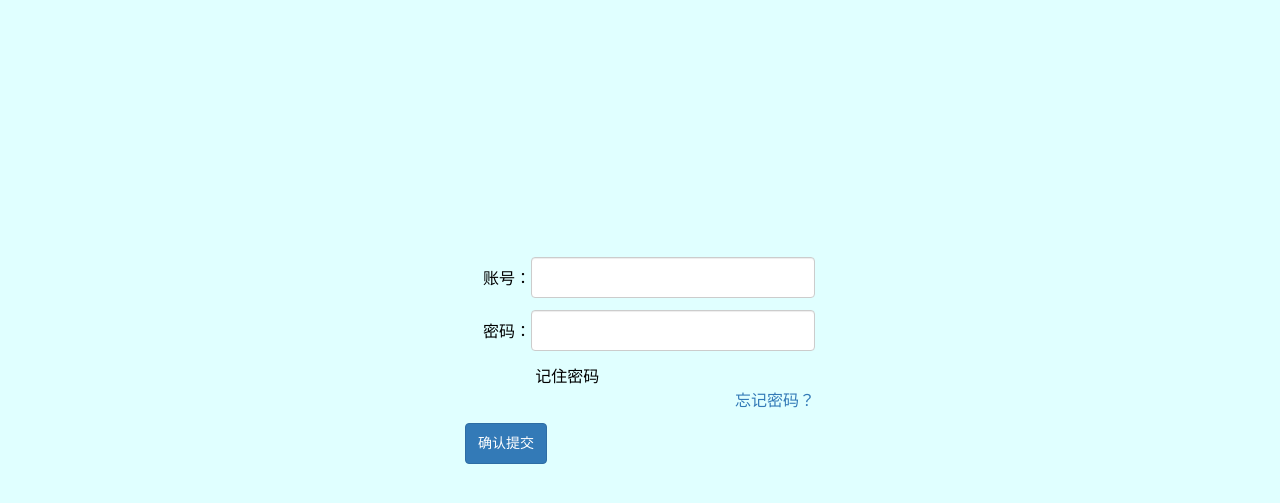
Repository: DeeFromChina/wechat
Page: http://localhost/wechat/jsp/login/login.jsp
An editor plug-in stored every save of this project. The page is shown before and after the next save, followed by the edit.
The browser window is 1280 px wide. The pictures show the whole page.
The page is served by Tomcat 9. Other server files are loaded and not shown.

Above is the page before, as saved 2018-02-12 08:06:33.

### wechat/web/jsp/login/login.jsp
<%@ page language="java" import="java.util.*" pageEncoding="UTF-8"%>

<!DOCTYPE HTML PUBLIC "-//W3C//DTD HTML 4.01 Transitional//EN">
<html>
<head>
<%@include file="../common/common.jsp"%>
<title></title>
<meta name="viewport" content="width=device-width, initial-scale=1" />
<link rel="stylesheet" href="<%=baseCss %>login/login.css?randomId=<%=Math.random()%>" type="text/css"/>
</head>
<script src="<%=baseJs %>web-frame/jquery.cookie.js?randomId=<%=Math.random()%>"></script>
<script src="<%=baseJs %>login/login.js?randomId=<%=Math.random()%>"></script>
<body bgcolor="#E0FFFF">
	<form id="dataForm">
		<table class="login-top">
			<col class="wi25"/>
			<col class="wi75"/>
			<tr>
				<td class="textR">
					<font class="font-14">账号：</font>
				</td>
				<td class="wi75">
					<input type="text" id="name" name="name" class="form-control" onkeydown="enter(event)">
				</td>
			</tr>
			<tr>
				<td class="textR">
					<font class="font-14">密码：</font>
				</td>
				<td>
					<input type="password" id="password" name="password" class="form-control" onkeydown="enter(event)">
				</td>
			</tr>
			<tr>
				<td/>
				<td>
					<div class="wi50 floatL">
						<input type="hidden" id="remeberId" value="1" />
						<img id="remeber" class="remeberImg" onclick="changeRemeber()" />
						<font class="font-14 color9A9A9A">记住密码</font>
					</div>
					<div class="wi50 floatL textR">
						<a onclick="" class="font-14 color00B38A hand">
							忘记密码？
						</a>
					</div>
				</td>
			</tr>
			<tr>
				<td colspan="2">
					<button type="button" class="btn btn-primary submitBtn" onclick="goSubmit()">
						确认提交
					</button>
				</td>
			</tr>
		</table>
	</form>
</body>
</html>

### wechat/web/jsp/common/common.jsp
<%@ page language="java" import="java.util.*" pageEncoding="UTF-8"%>
<%
response.setHeader("Cache-Control","no-store");
response.setHeader("Pragrma","no-cache");
response.setDateHeader("Expires",0);
String basePath = request.getContextPath();
String baseJs = request.getContextPath() + "/js/";
String baseCss = request.getContextPath() + "/css/";
String baseJsp = request.getContextPath() + "/jsp/";
String baseImg = request.getContextPath() + "/img/";
%>
<!DOCTYPE HTML PUBLIC "-//W3C//DTD HTML 4.01 Transitional//EN">
<html>
<head>
<title>wechat</title>
<meta http-equiv="expires" content="0">
<meta http-equiv="keywords" content="keyword1,keyword2,keyword3">
<meta http-equiv="description" content="This is my page">
<meta http-equiv="Pragma" content="no-cache">
<meta http-equiv="Cache-control" content="no-cache">
<meta http-equiv="Cache" content="no-cache">
<link href="<%=baseCss %>web-frame/bootstrap.min.css?randomId=<%=Math.random()%>" rel="stylesheet">
<link href="<%=baseCss %>web-frame/base.css?randomId=<%=Math.random()%>" rel="stylesheet">
<link href="<%=baseCss %>web-frame/bootstrap-datetimepicker.min.css?randomId=<%=Math.random()%>" rel="stylesheet" />
<link href="<%=baseCss %>common/common.css?randomId=<%=Math.random()%>" type="text/css"/>
</head>
<script src="<%=baseJs %>web-frame/jquery-3.1.1.min.js?randomId=<%=Math.random()%>" type="text/javascript"></script>
<script src="<%=baseJs %>web-frame/jquery-ui.min.js?randomId=<%=Math.random()%>"></script>
<script src="<%=baseJs %>web-frame/bootstrap.js?randomId=<%=Math.random()%>"></script>
<script src="<%=baseJs %>web-frame/bootstrap-datetimepicker.js?randomId=<%=Math.random()%>" type="text/javascript"></script>
<script src="<%=baseJs %>web-frame/bootstrap-datetimepicker.zh-CN.js?randomId=<%=Math.random()%>" type="text/javascript"></script>
<script src="<%=baseJs %>web-frame/ajaxfileupload.js?randomId=<%=Math.random()%>" type="text/javascript"></script>
<script src="<%=baseJs %>common/form.js?randomId=<%=Math.random()%>" type="text/javascript"></script>
<script src="<%=baseJs %>common/page.js?randomId=<%=Math.random()%>" type="text/javascript"></script>
<script src="<%=baseJs %>common/dictionaries.js?randomId=<%=Math.random()%>" type="text/javascript"></script>
<script src="<%=baseJs %>common/ajaxSubmit.js?randomId=<%=Math.random()%>" type="text/javascript"></script>
<script src="<%=baseJs %>common/common.js?randomId=<%=Math.random()%>" type="text/javascript"></script>
<script src="<%=baseJs %>common/checkUtil.js?randomId=<%=Math.random()%>" type="text/javascript"></script>
<script src="<%=baseJs %>common/VCode.js?randomId=<%=Math.random()%>" type="text/javascript"></script>
<script src="<%=baseJs %>common/checkbox.js?randomId=<%=Math.random()%>" type="text/javascript"></script>
<script language="javascript">
</script>
<body>
<input type="button" id="closeListenerBtn" class="hide" onclick="closedialog()"/>
</body>
</html>

### wechat/web/css/web-frame/base.css
input:focus{
	-webkit-transition:border linear .2s,-webkit-box-shadow linear .5s;
	border:1px #CCCCCC solid;
	-webkit-box-shadow:0 0 0px rgba(255,255,255);
	outline:none;
}
button{
	height:41px;
}
button:focus{
	outline:none;
}
.btn-primary:hover{
	-webkit-box-shadow:0 0 0px rgba(255,255,255);
	border:1px #00B389 solid;
}
.textL {
	align: left;
	text-align: left;
}

.textR {
	align: right;
	text-align: right;
}

.textC {
	align: center;
	text-align: center;
}

.triangle-up {
	width: 0;
	height: 0;
	border-left: 5px solid transparent;
	border-right: 5px solid transparent;
	border-bottom: 10px solid #00B38A;
}
.triangle-down {
	width: 0;
	height: 0;
	border-left: 5px solid transparent;
	border-right: 5px solid transparent;
	border-top: 10px solid #FFF;
}
.triangle-left {
	width: 0;
	height: 0;
	border-top: 5px solid transparent;
	border-bottom: 5px solid transparent;
	border-right: 10px solid #00B38A;
}
.circleA {
    width: 15px;
    height: 15px;
    background: #00B38A;
    -moz-border-radius: 5px;
    -webkit-border-radius: 5px;
    border-radius: 10px;
}
.circleB {
    width: 15px;
    height: 15px;
    -moz-border-radius: 5px;
    -webkit-border-radius: 5px;
    border-radius: 10px;
    border:1px #999999 solid;
}
.top-button{
	height:59px !important;
	width:100px;
	line-height:50px;
	text-align:center;
	color:#FFF !important;
	background-color:#000 !important;
}

### wechat/web/js/common/form.js
var form = function(param){
	this.value = param.value;
	this.id    = param.id;

	f = this;

	this.sys = function(){
		alert(this.value);
	}
}

### wechat/web/js/common/page.js
/**
 *
 * 1使用攻略
 *
 * */
var pages = {
		"imgPath":"/hibernateMvc/img/",
		1:"login/use_strategy.jsp",
		2:"user_question.jsp",
		3:"firm_strategy.jsp",
		4:"mainfirm_question.jsp",
		5:"maincontact_assistant.jsp",
		6:"login/loginPC.jsp",
		7:"login/registerPC.jsp"
	};

### wechat/web/js/common/dictionaries.js
var urlPrefix = window.location.origin;
var projectName = "/hibernateMvc/";
var jspPath = urlPrefix+projectName+"autojsp/";
var rootPath = urlPrefix+projectName;
var doc = document;
var map = {};

var companyNature = "["
				+"{\"id\":\"1\",\"value\":\"创业公司\"},"
				+"{\"id\":\"2\",\"value\":\"上市企业\"},"
				+"{\"id\":\"3\",\"value\":\"国营企业\"},"
				+"{\"id\":\"4\",\"value\":\"外资企业\"},"
				+"{\"id\":\"5\",\"value\":\"政府机构\"}"
				+"]";
var companyScale = "["
				+"{\"id\":\"1\",\"value\":\"少于50人\"},"
				+"{\"id\":\"2\",\"value\":\"50-100人\"},"
				+"{\"id\":\"3\",\"value\":\"100-500人\"},"
				+"{\"id\":\"4\",\"value\":\"500-1000人\"},"
				+"{\"id\":\"5\",\"value\":\"1000人以上\"}"
				+"]";
var education = "["
				+"{\"id\":\"1\",\"value\":\"博士\"},"
				+"{\"id\":\"2\",\"value\":\"硕士\"},"
				+"{\"id\":\"3\",\"value\":\"研究生\"},"
				+"{\"id\":\"4\",\"value\":\"本科\"},"
				+"{\"id\":\"5\",\"value\":\"专科\"},"
				+"{\"id\":\"6\",\"value\":\"高中\"},"
				+"{\"id\":\"7\",\"value\":\"其他\"}"
				+"]";
var workTime = "["
				+"{\"id\":\"2\",\"value\":\"3年以下\"},"
				+"{\"id\":\"3\",\"value\":\"3年\"},"
				+"{\"id\":\"4\",\"value\":\"4年\"},"
				+"{\"id\":\"5\",\"value\":\"5年\"},"
				+"{\"id\":\"6\",\"value\":\"6年\"},"
				+"{\"id\":\"7\",\"value\":\"7年\"},"
				+"{\"id\":\"8\",\"value\":\"8年\"},"
				+"{\"id\":\"9\",\"value\":\"9年\"},"
				+"{\"id\":\"10\",\"value\":\"10年\"},"
				+"{\"id\":\"11\",\"value\":\"10年以上\"}"
				+"]";
var currency = "["
				+"{\"id\":\"1\",\"value\":\"人民币\"},"
				+"{\"id\":\"2\",\"value\":\"港币\"},"
				+"{\"id\":\"3\",\"value\":\"新台币\"},"
				+"{\"id\":\"4\",\"value\":\"美金\"}"
				+"]";

### wechat/web/js/common/ajaxSubmit.js
$.fn.serializeObject = function() {
	var data = {};
	var a = this.serializeArray();
	$.each(a, function() {
		if (data[this.name]) {
			if (!data[this.name].push) {
				data[this.name] = [ data[this.name] ];
			}
			data[this.name].push(this.value || '');
		} else {
			data[this.name] = this.value || '';
		}
	});
	dataForm = data;
	return data;
}

$.fn.populateForm = function(data){
    return this.each(function(){
        var formElem, name;
        if(data == null){this.reset(); return; }
        for(var i = 0; i < this.length; i++){
            formElem = this.elements[i];
            //checkbox的name可能是name[]数组形式
            name = (formElem.type == "checkbox")? formElem.name.replace(/(.+)\[\]$/, "$1") : formElem.name;
            if(data[name] == undefined) continue;
            switch(formElem.type){
                case "checkbox":
                    if(data[name] == ""){
                        formElem.checked = false;
                    }else{
                        //数组查找元素
                        if(data[name].indexOf(formElem.value) > -1){
                            formElem.checked = true;
                        }else{
                            formElem.checked = false;
                        }
                    }
                break;
                case "radio":
                    if(data[name] == ""){
                        formElem.checked = false;
                    }else if(formElem.value == data[name]){
                        formElem.checked = true;
                    }
                break;
                case "button": break;
                default: formElem.value = data[name];
            }
        }
    });
};

function ajaxSumbit(urllink, formId, index) {
	var link = projectName + urllink;
	var formIndex = "";
	if(formId != undefined && formId != ""){
		formIndex = "#" + formId;
	}
	var dataResult;
	$.ajax({
		url : link, // 自行按需配置好完整的url，包括ip和端口号
		type : "POST",
		datatype : "text",
		data : JSON.stringify($(formIndex).serializeObject()),
		contentType : "application/json",
		async:false,
		error: function(request) {
            alert("Connection error");
        },
        success: function(result) {
        	console.log(link);
        	console.log(result);
        	returnSuccess(link,formId,index,result);
        }
	});
}
function fileUpload(urllink, formId, files, index) {
	var obj = $("#"+formId).serializeObject();
	var str = "";
	for(var o in obj){
		str += "&"+o+"="+obj[o];
	}
	var link = projectName + urllink + str;
	var dataResult;
    $.ajaxFileUpload( {
        url : link,     //用于文件上传的服务器端请求地址
        secureuri : false,            //一般设置为false
        fileElementId : files,        //文件上传的id属性  <input type="file" id="file" name="file" />
        dataType : 'json',            //返回值类型 一般设置为json
        type : 'POST',
        error: function(result) {
            alert("Connection error");
        },
        success : function(result) {
        	console.log(link);
        	console.log(result);
        	returnSuccess(link,formId,index,result);
        }
    });
}
function returnSuccess(link,formId,index,result){
	if(result == undefined){
		alert("数据错误！");
	}
	if(result == 'unlogin'){
		alert("请重新登陆！");
		top.location.href = rootPath+"index.jsp";
	}
	if(result.msg != undefined){
		alert(result.msg);
		dataResult = undefined;
		return;
	}
	if(result.status == '1'){
		alert("数据错误！");
	}
	if(result.status == '2'){
		if(result.data[2].toString() != ''){
			alert(result.data[2]);
		}
		map["param"] = result.data[1];
		parent.$('#mainFrame').attr("src",jspPath+result.data[0]);
	}
	if(result.status == '3'){
		if(result.data[2].toString() != ''){
			alert(result.data[2]);
		}
		map["param"] = result.data[1];
		top.location.href = jspPath+result.data[0];
	}
	dataResult = result.data;
	if(dataResult == 'normal'){
		dataResult = undefined;
		return;
	}
	if(index != undefined){
		goSuccess(dataResult, index);
	}
}

### wechat/web/js/common/checkUtil.js
function checkValidateCode(checkInputId){
	if($("#"+checkInputId).val() == undefined || $("#"+checkInputId).val() == ""){
		alert("请输入验证码!");
		return false;
	}
	var isPass = validateCode.verify($("#"+checkInputId).val());
	if(!isPass){
		validateCode.update();
		alert("验证码错误，请重新输入!");
		return false;
	}
	return true;
}

function isEmpty(val,name,isEmpty){
	if(!isEmpty){
		if(val == ''){
			alert("请输入"+name);
			return false;
		}
	}
	return true;
}

/*用于校验对象是否为空，空就返回空字符串*/
function returnString(obj){
	return obj == undefined ? "" : obj;
}
function isNull(obj){
	if(obj != undefined && obj != null && obj != ""){
		return false;
	}
	return true;
}

function checkInput(val,name,len,isNull){
	if(!isEmpty(val,name,isNull)) return false;
	if(val.length > len){
		alert(name+"长度过长");
		return false;
	}
	return true;
}

function isEmail(val,name,isNull){
	if(!isEmpty(val,name,isNull)) return false;

	if(val != '') {
		var reg=/^([a-zA-Z0-9_-])+@([a-zA-Z0-9_-])+((\.[a-zA-Z0-9_-]{2,3}){1,2})$/;
		if(!reg.test(val)){
			alert("输入电子邮件格式不正确!");
			return false;
		}
	}
	return true;
}

function checkpsw(val,name,slen,blen,isNull){
	if(!isEmpty(val,name,isNull)) return false;
	if(val.length > slen || val.length < blen){
		alert(name+"长度要在"+slen+"~"+blen+"之间");
		return false;
	}
	return true;
}

function checkNum(val,name,len,isNull){
	if(!isEmpty(val,name,isNull)) return false;
	if(val != ''){
		if(isNaN(val)){
			alert(name+"不是数字形式！");
			return false;
		}
	}
	if(val.length > len){
		alert(name+"长度过长");
		return false;
	}
	return true;
}
/*判断是否数字,不允许数字以外的字符输入,配合onkeydown使用(noNumbers(event))*/
function noNumbers(e){
	var keynum;
	var keychar;
	var numcheck;

	 // IE
	if(window.event){
		keynum = e.keyCode
	}
	else if(e.which){ // Netscape/Firefox/Opera
		keynum = e.which
	}
	keychar = String.fromCharCode(keynum);
	numcheck = /\d/;
	return !numcheck.test(keychar);
}
function checkFile(elementId,type){
	var filepath = $('#'+elementId).val().split(".");
	var pressless = "";
	var msg = "";
	pressless = filepath[filepath.length-1];
	if(pressless == undefined){
		msg = "请上传正确格式的文件!";
	}else if(type == "photo"){
		if(pressless != 'jpg' && pressless != 'png' && pressless != 'gif'){
			msg = "请上传图片类型文件！";
		}
	}
	if(msg != ""){
		$('#'+elementId).val("");
		alert(msg);
		return false;
	}else{
		return true;
	}
}
function BrowserType(){
    var userAgent = navigator.userAgent; //取得浏览器的userAgent字符串
    var isOpera = userAgent.indexOf("Opera") > -1; //判断是否Opera浏览器
    var isIE = userAgent.indexOf("compatible") > -1 && userAgent.indexOf("MSIE") > -1 && !isOpera; //判断是否IE浏览器
    var isEdge = userAgent.indexOf("Windows NT 6.1; Trident/7.0;") > -1 && !isIE; //判断是否IE的Edge浏览器
    var isFF = userAgent.indexOf("Firefox") > -1; //判断是否Firefox浏览器
    var isSafari = userAgent.indexOf("Safari") > -1 && userAgent.indexOf("Chrome") == -1; //判断是否Safari浏览器
    var isChrome = userAgent.indexOf("Chrome") > -1 && userAgent.indexOf("Safari") > -1; //判断Chrome浏览器

	if (isIE){
		var reIE = new RegExp("MSIE (\\d+\\.\\d+);");
		reIE.test(userAgent);
		var fIEVersion = parseFloat(RegExp["$1"]);
		if(fIEVersion == 7)  { return "IE7";}
		else if(fIEVersion == 8)  { return "IE8";}
		else if(fIEVersion == 9)  { return "IE9";}
		else if(fIEVersion == 10) { return "IE10";}
		else if(fIEVersion == 11) { return "IE11";}
		else { return "0"}//IE版本过低
	}//isIE end

    if (isFF) {  return "FF";}
    if (isOpera) {  return "Opera";}
    if (isSafari) {  return "Safari";}
    if (isChrome) { return "Chrome";}
    if (isEdge) { return "Edge";}
 }

### wechat/web/js/common/VCode.js
function createValidateCode(codeName){
    var container = document.getElementById(codeName);
    var code = new vCode(container, {
        len: 4,
        bgColor: "#444444",
        colors: [
            "#DDDDDD",
            "#DDFF77",
            "#77DDFF",
            "#99BBFF",
            //"#7700BB",
            "#EEEE00"
        ]
    });
    return code;
}
(function(){
var randstr = function(length){
var key = {

    str : [
        'a','b','c','d','e','f','g','h','i','j','k','l','m',
        'o','p','q','r','s','t','x','u','v','y','z','w','n',
        '0','1','2','3','4','5','6','7','8','9'
    ],

    randint : function(n,m){
        var c = m-n+1;
        var num = Math.random() * c + n;
        return  Math.floor(num);
    },

    randStr : function(){
        var _this = this;
        var leng = _this.str.length - 1;
        var randkey = _this.randint(0, leng);
        return _this.str[randkey];
    },

    create : function(len){
        var _this = this;
        var l = len || 10;
        var str = '';

        for(var i = 0 ; i<l ; i++){
            str += _this.randStr();
        }

        return str;
    }

};

length = length ? length : 10;

return key.create(length);
};

var randint = function(n,m){
var c = m-n+1;
var num = Math.random() * c + n;
return  Math.floor(num);
};

var vCode = function(dom, options){
this.codeDoms = [];
this.lineDoms = [];
this.initOptions(options);
this.dom = dom;
this.init();
this.addEvent();
this.update();
this.mask();
};

vCode.prototype.init = function(){
this.dom.style.position = "relative";
this.dom.style.overflow = "hidden";
this.dom.style.cursor = "pointer";
this.dom.title = "点击更换验证码";
this.dom.style.background = this.options.bgColor;
this.w = this.dom.clientWidth;
this.h = this.dom.clientHeight;
this.uW = this.w / this.options.len;
};

vCode.prototype.mask = function(){
var dom = document.createElement("div");
dom.style.cssText = [
    "width: 100%",
    "height: 100%",
    "left: 0",
    "top: 0",
    "position: absolute",
    "cursor: pointer",
    "z-index: 9999999"
].join(";");

dom.title = "点击更换验证码";

this.dom.appendChild(dom);
};

vCode.prototype.addEvent = function(){
var _this = this;
_this.dom.addEventListener("click", function(){
    _this.update.call(_this);
});
};

vCode.prototype.initOptions = function(options){

var f = function(){
    this.len = 4;
    this.fontSizeMin = 20;
    this.fontSizeMax = 48;
    this.colors = [
        "green",
        "red",
        "blue",
        "#53da33",
        "#AA0000",
        "#FFBB00"
    ];
    this.bgColor = "#FFF";
    this.fonts = [
        "Times New Roman",
        "Georgia",
        "Serif",
        "sans-serif",
        "arial",
        "tahoma",
        "Hiragino Sans GB"
    ];
    this.lines = 8;
    this.lineColors = [
        "#888888",
        "#FF7744",
        "#888800",
        "#008888"
    ];

    this.lineHeightMin = 1;
    this.lineHeightMax = 3;
    this.lineWidthMin = 1;
    this.lineWidthMax = 60;
};

this.options = new f();

if(typeof options === "object"){
    for(i in options){
        this.options[i] = options[i];
    }
}
};

vCode.prototype.update = function(){
for(var i=0; i<this.codeDoms.length; i++){
    this.dom.removeChild(this.codeDoms[i]);
}
for(var i=0; i<this.lineDoms.length; i++){
    this.dom.removeChild(this.lineDoms[i]);
}
this.createCode();
this.draw();
};

vCode.prototype.createCode = function(){
this.code = randstr(this.options.len);
};

vCode.prototype.verify = function(code){
	return this.code === code;
};

vCode.prototype.realcode = function(){
	return this.code;
};

vCode.prototype.draw = function(){
this.codeDoms = [];
for(var i=0; i<this.code.length; i++){
    this.codeDoms.push(this.drawCode(this.code[i], i));
}

this.drawLines();
};

vCode.prototype.drawCode = function(code, index){
var dom = document.createElement("span");

dom.style.cssText = [
    "font-size:" + randint(this.options.fontSizeMin, this.options.fontSizeMax) + "px",
    "color:" + this.options.colors[randint(0,  this.options.colors.length - 1)],
    "position: absolute",
    "left:" + randint(this.uW * index, this.uW * index + this.uW - 10) + "px",
    "top:" + randint(0, this.h - 30) + "px",
    "transform:rotate(" + randint(-30, 30) + "deg)",
    "-ms-transform:rotate(" + randint(-30, 30) + "deg)",
    "-moz-transform:rotate(" + randint(-30, 30) + "deg)",
    "-webkit-transform:rotate(" + randint(-30, 30) + "deg)",
    "-o-transform:rotate(" + randint(-30, 30) + "deg)",
    "font-family:" + this.options.fonts[randint(0, this.options.fonts.length - 1)],
    "font-weight:" + randint(400, 900)
].join(";");

dom.innerHTML = code;
this.dom.appendChild(dom);

return dom;
};

vCode.prototype.drawLines = function(){
this.lineDoms = [];
for(var i=0; i<this.options.lines; i++){
    var dom = document.createElement("div");

    dom.style.cssText = [
        "position: absolute",
        "opacity: " + randint(3, 8) / 10,
        "width:" + randint(this.options.lineWidthMin, this.options.lineWidthMax) + "px",
        "height:" + randint(this.options.lineHeightMin, this.options.lineHeightMax) + "px",
        "background: " + this.options.lineColors[randint(0, this.options.lineColors.length - 1)],
        "left:" + randint(0, this.w - 20) + "px",
        "top:" + randint(0, this.h) + "px",
        "transform:rotate(" + randint(-30, 30) + "deg)",
        "-ms-transform:rotate(" + randint(-30, 30) + "deg)",
        "-moz-transform:rotate(" + randint(-30, 30) + "deg)",
        "-webkit-transform:rotate(" + randint(-30, 30) + "deg)",
        "-o-transform:rotate(" + randint(-30, 30) + "deg)",
        "font-family:" + this.options.fonts[randint(0, this.options.fonts.length - 1)],
        "font-weight:" + randint(400, 900)
    ].join(";");
    this.dom.appendChild(dom);

    this.lineDoms.push(dom);
}
};

this.vCode = vCode;

}).call(this);

### wechat/web/css/login/login.css
.login-top{
	width: 100%;
	border-collapse:separate;
	border-spacing:0px 12.5px;
}
#dataForm{
	width:350px;
}

### wechat/web/js/login/login.js
$(window).resize(function(){
    $("#dataForm").css({
        position: "absolute",
        left: ($(window).width() - $("#dataForm").outerWidth())/2,
        top: ($(window).height() - $("#dataForm").outerHeight())/2
    });
});
$(function(){
	console.log($(window).width());
	console.log($("#dataForm").outerWidth());
    $(window).resize();
});

Loaded but not shown: wechat/web/css/web-frame/bootstrap.min.css (library); wechat/web/css/web-frame/bootstrap-datetimepicker.min.css (library); wechat/web/js/web-frame/jquery-3.1.1.min.js (library); wechat/web/js/web-frame/jquery-ui.min.js (library); wechat/web/js/web-frame/bootstrap.js (library); wechat/web/js/web-frame/bootstrap-datetimepicker.js (library); wechat/web/js/web-frame/bootstrap-datetimepicker.zh-CN.js (common file); wechat/web/js/web-frame/jquery.cookie.js (library); wechat/web/js/common/common.js (500 lines, source omitted); wechat/web/js/web-frame/ajaxfileupload.js (244 lines, source omitted); wechat/web/js/common/checkbox.js (267 lines, source omitted)

After the next save:
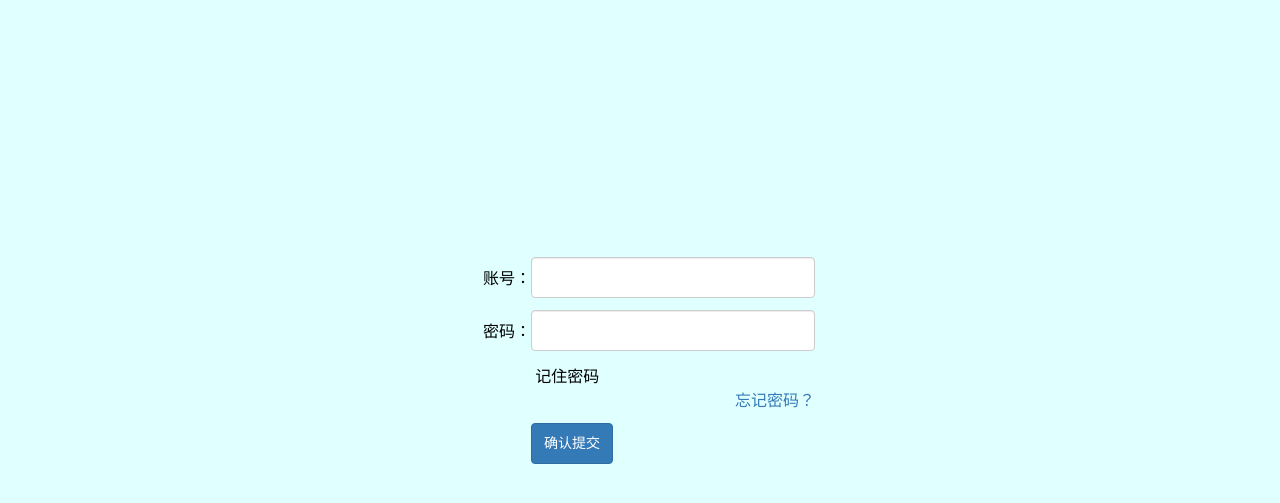
Saved 15 s later.
--- a/wechat/web/jsp/login/login.jsp
+++ b/wechat/web/jsp/login/login.jsp
@@ -47,7 +47,8 @@
 				</td>
 			</tr>
 			<tr>
-				<td colspan="2">
+				<td/>
+				<td>
 					<button type="button" class="btn btn-primary submitBtn" onclick="goSubmit()">
 						确认提交
 					</button>
